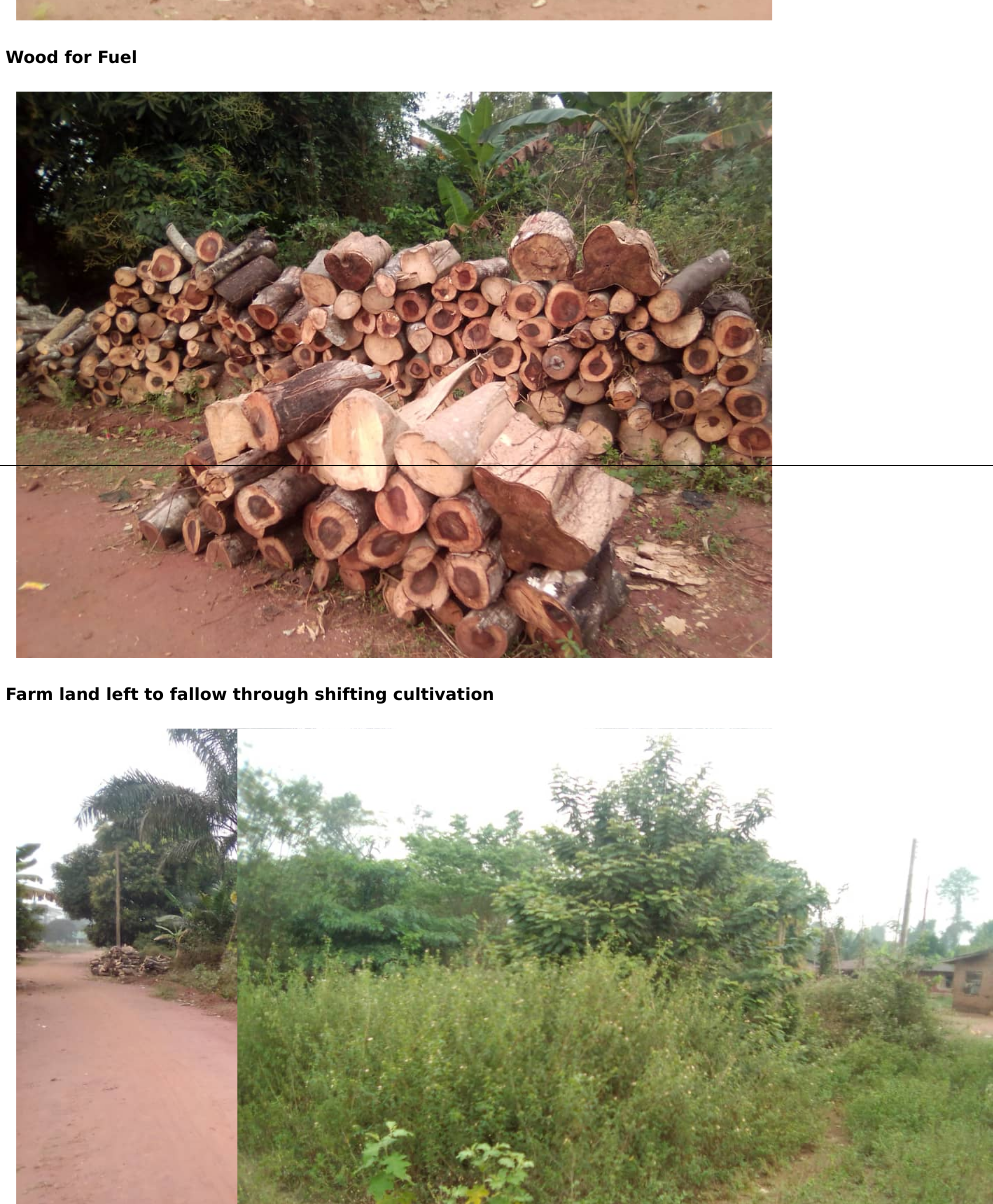
Repository: OtasowieRotimiOsifo/oheze-naka-forum
Page: economy.html
The author's editor kept a copy of each file at every save. The page is drawn from the files as they stood at one save, then again after the next save.
The browser window is 1280 px wide. The page is 1419 px wide, then 1280 px, so the pictures cover 1419 px, including what lies to the right of the window. The pictures show the part of the page from y = 4780 to 6500 px (the page is 6725 px tall before and 7568 px after), at 70% of full size.

Above is the page before, as saved 2021-04-01 23:23:56.

### economy.html
<!DOCTYPE html>
<html lang="en">

<meta name="viewport" content="width=device-width, initial-scale=1.0">
<style>
* {
  box-sizing: border-box;
}

.row::after {
  content: "";
  clear: both;
  display: table;
}

[class*="col-"] {
  float: left;
  padding: 15px;
}

html {
  font-family: "Lucida Sans", sans-serif;
}

.header {
  background-color: #9933cc;
  color: #ffffff;
  padding: 15px;
}

.menu ul {
  list-style-type: none;
  margin: 0;
  padding: 0;
}

.menu li {
  padding: 8px;
  margin-bottom: 7px;
  background-color: #33b5e5;
  color: #ffffff;
  box-shadow: 0 1px 3px rgba(0,0,0,0.12), 0 1px 2px rgba(0,0,0,0.24);
}

.menu li:hover {
  background-color: #0099cc;
}

.aside {
  background-color: #4E38A9;
  padding: 15px;
  color: #ffffff;
  text-align: center;
  font-size: 14px;
  box-shadow: 0 1px 3px rgba(0,0,0,0.12), 0 1px 2px rgba(0,0,0,0.24);
}

.footer {
  background-color: #0099cc;
  color: #ffffff;
  text-align: center;
  font-size: 12px;
  padding: 15px;
}

/* For mobile phones: */
[class*="col-"] {
  width: 100%;
}

@media only screen and (min-width: 600px) {
  /* For tablets: */
  .col-s-1 {width: 8.33%;}
  .col-s-2 {width: 16.66%;}
  .col-s-3 {width: 25%;}
  .col-s-4 {width: 33.33%;}
  .col-s-5 {width: 41.66%;}
  .col-s-6 {width: 50%;}
  .col-s-7 {width: 58.33%;}
  .col-s-8 {width: 66.66%;}
  .col-s-9 {width: 75%;}
  .col-s-10 {width: 83.33%;}
  .col-s-11 {width: 91.66%;}
  .col-s-12 {width: 100%;}
}
@media only screen and (min-width: 768px) {
  /* For desktop: */
  .col-1 {width: 8.33%;}
  .col-2 {width: 16.66%;}
  .col-3 {width: 25%;}
  .col-4 {width: 33.33%;}
  .col-5 {width: 41.66%;}
  .col-6 {width: 50%;}
  .col-7 {width: 58.33%;}
  .col-8 {width: 66.66%;}
  .col-9 {width: 75%;}
  .col-10 {width: 83.33%;}
  .col-11 {width: 91.66%;}
  .col-12 {width: 100%;}
}
</style>
<head>
<title> Oheze-Naka Economy </title>
</head>
<body>

<div class="header">
  <h1>Oheze Naka: Economy</h1>
</div>
<div class="row">
  <h2>Occupation</h2>
  <div class="col-8 col-s-9">
      <span>Farming is the main occupation. Rearing of domestic animals is also practiced by the adults. </span>
      <span>Farm Produce include Yam, Plantain, Bananas, Palm Produce, Pineapples, Cassava, Fruits, Vegetables etc.</span>
      <span>Shifting cultivation is the main strategy for soil management.</span>
    </div>
  </div>
  <div class="row">
    <h2>Farm land preparation before planting </h2>
    <div  class="col-3 col-s-3">
      <img src="img/farm-land-preparation.jpeg"/>
  </div>
  </div>
  <div class="row">
    <h2>Plantain Farm</h2>
    <div  class="col-3 col-s-3">
      <img src="img/plantain-farm2.jpg"/>
  </div>
  </div>
  <div class="row">
    <h2>Palm Produce</h2>
    <div  class="col-3 col-s-3">
      <img src="img/palm-produce.jpeg"/>
  </div>
  </div>
  <div class="row">
    <h2>Gari Production from Cassava</h2>
    <div  class="col-3 col-s-3">
      <img src="img/gari-production.jpg"/>
  </div>
  </div>
  <div class="row">
    <h2>Yam Production</h2>
    <div  class="col-3 col-s-3">
      <img src="img/yam-production.jpeg"/>
  </div>
  </div>
  <div class="row">
    <h2>Wood for Fuel</h2>
    <div  class="col-3 col-s-3">
      <img src="img/woods.jpg"/>
  </div>
  </div>
  <div class="row">
    <h2>Farm land left to fallow through shifting cultivation</h2>
    <div  class="col-3 col-s-3">
      <img src="img/forest-2.jpg"/>
  </div>
  <div  class="col-3 col-s-3">
    <img src="img/green-environment.jpg"/>
</div>
  </div>
<div class="footer">
  <p>Courtesy of Oheze Naka Forum.</p>
</div>

</body>
</html>

After the next save:
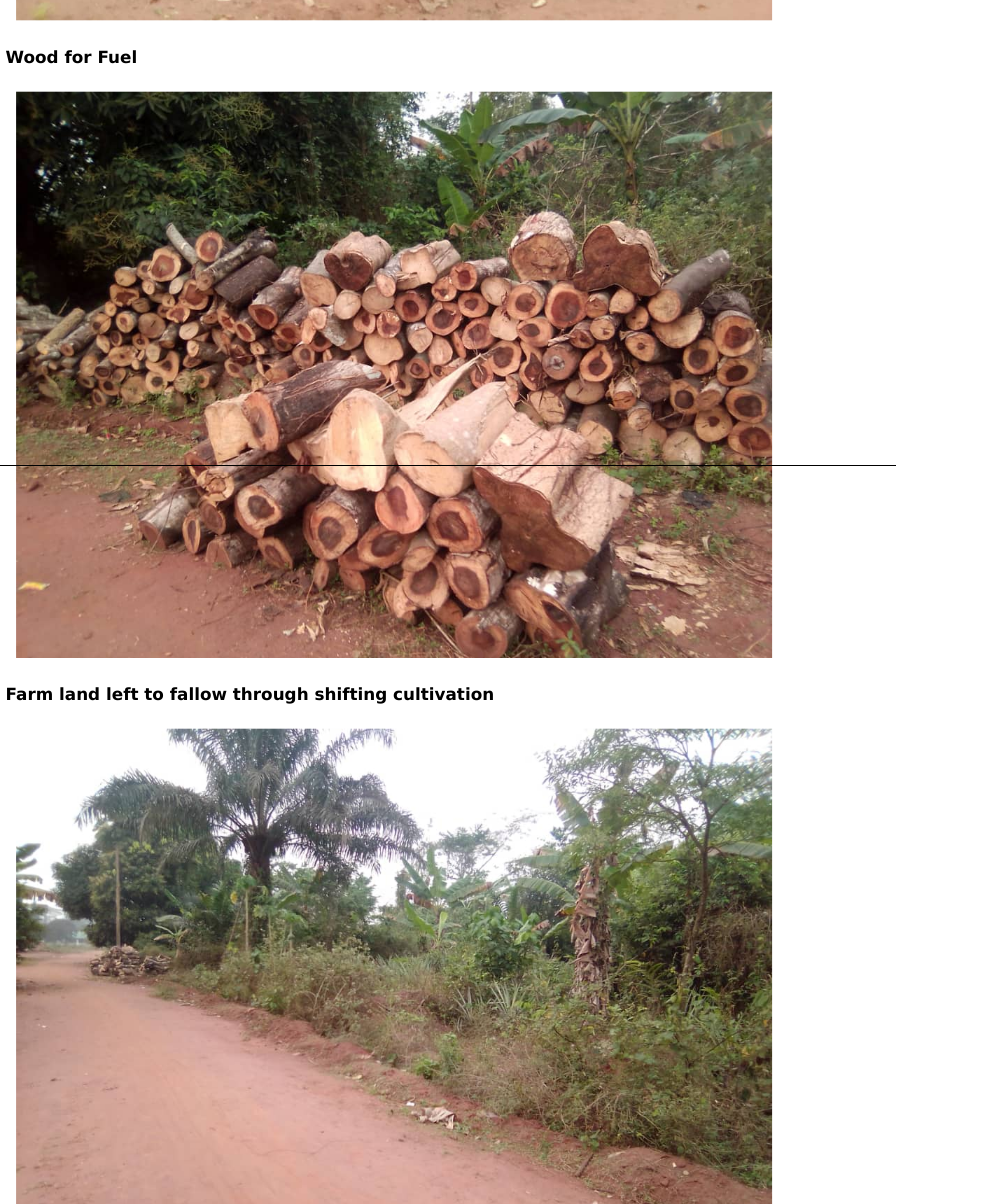
Saved 47 s later.
--- a/economy.html
+++ b/economy.html
@@ -156,6 +156,8 @@ html {
     <div  class="col-3 col-s-3">
       <img src="img/forest-2.jpg"/>
   </div>
+</div>
+  <div class="row">
   <div  class="col-3 col-s-3">
     <img src="img/green-environment.jpg"/>
 </div>
